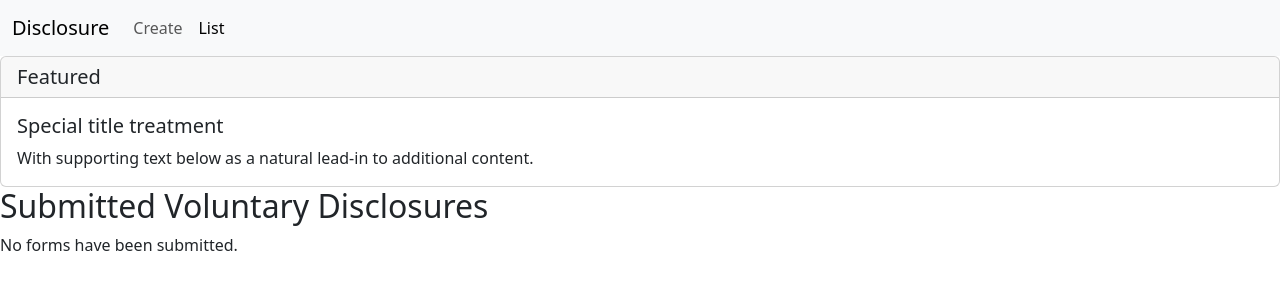
Repository: NtuthukoM/VoluntaryDisclosure
Page: /list (app in disclosures-client/)
These files come from the project's save history. The page is drawn as it stood at one moment and after the next save; the edit follows.
The browser window is 1280 px wide. The pictures show the whole page.
The page's requests for data from a server got no answer. The project was rebuilt for these pictures with package versions that can differ from the ones it lists, and the page was loaded fresh each time. No one was signed in, and anything a server would have sent is missing. Also part of the build but not shown: disclosures-client/src/pages/CreateDisclosure.js, disclosures-client/src/pages/DisclosureDetails.js, disclosures-client/src/pages/DisclosureSubmitted.js.

Above is the page before, as saved 2023-05-30 21:29:09.

After the next save:
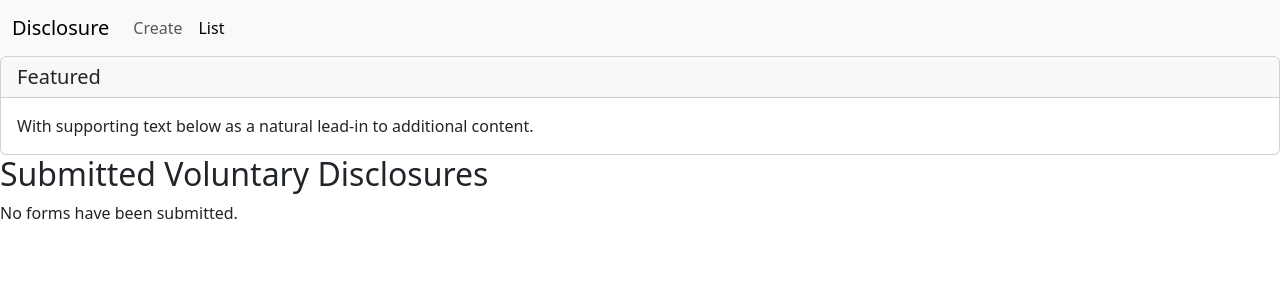
Saved 42 s later.
--- a/disclosures-client/src/pages/ListDisclosures.js
+++ b/disclosures-client/src/pages/ListDisclosures.js
@@ -17,7 +17,6 @@ export function ListDisclosures(){
             <div class="card">
   <h5 className="card-header">Featured</h5>
   <div className="card-body">
-    <h5 className="card-title">Special title treatment</h5>
     <p className="card-text">With supporting text below as a natural lead-in to additional content.</p>
   </div>
 </div>
